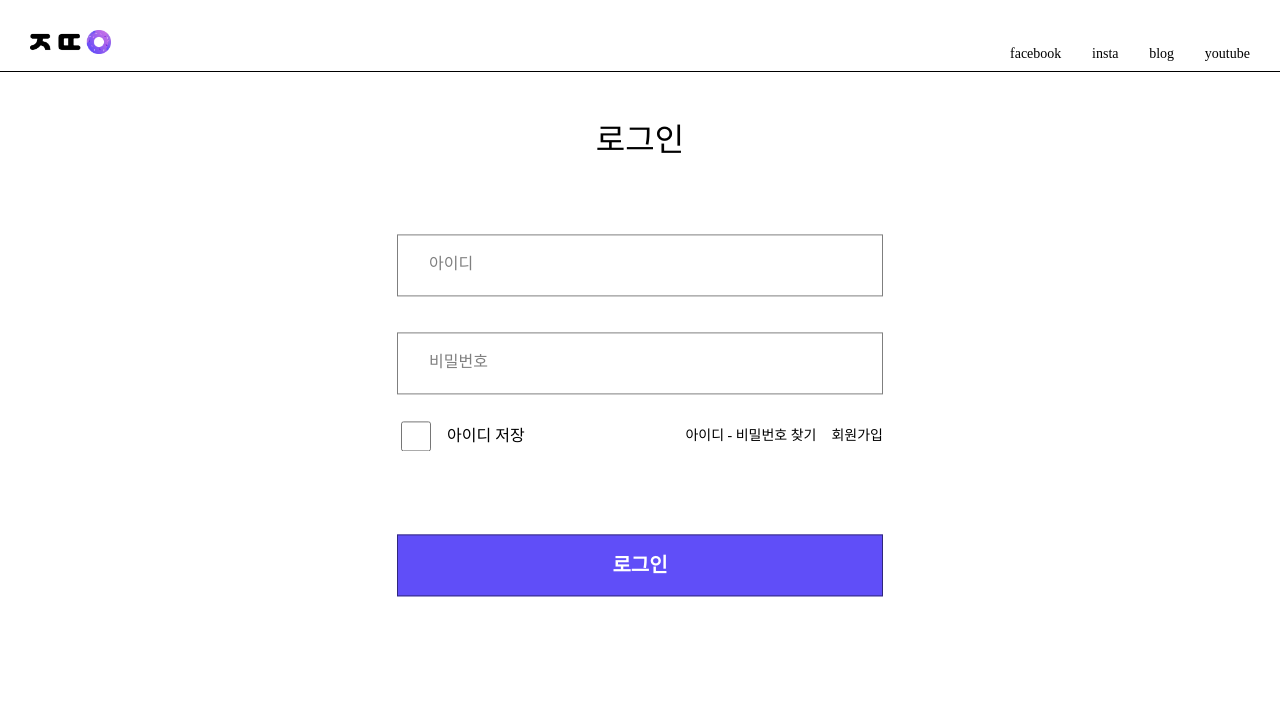
Repository: raoniee/Jaetteoli-React-Project
Page: /login
An editor plug-in stored every save of this project. The page is shown before and after the next save, followed by the edit.
The browser window is 1280 px wide. The pictures show the whole page.
Some web fonts or font styles are not loaded; a fallback is used. The project was rebuilt for these pictures with package versions that can differ from the ones it lists, and the page was loaded fresh each time. Also part of the build but not shown: src/component/main/ManageReview.module.css, src/component/main/ReviewContainer.module.css, src/component/main/ReviewItem.module.css, src/component/main/ReviewItem.js, src/component/main/ReviewContainer.js, src/component/sidebar/SideBar.module.css, src/component/sidebar/SideBar.js, src/component/main/ManageReview.js and 53 more.

Above is the page before, as saved 2023-07-06 21:53:08.

After the next save:
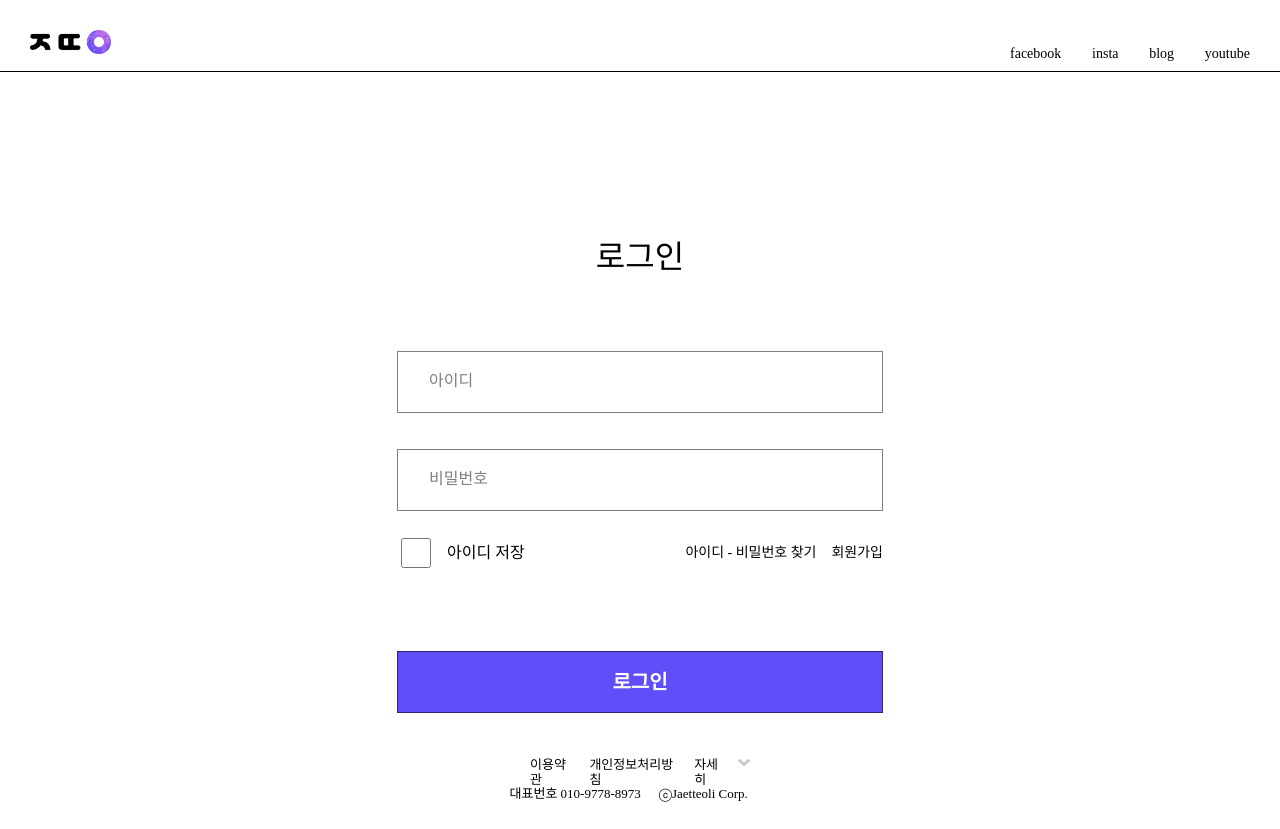
Saved 28 s later.
--- a/src/component/login/LoginStart.module.css
+++ b/src/component/login/LoginStart.module.css
@@ -1,9 +1,13 @@
+.container {
+  display: flex;
+  flex-direction: column;
+}
+
 .LoginStart {
-  position: absolute;
-  top: 50%;
-  left: 50%;
-  transform: translate(-50%, -50%);
-  width: 486px;
+  display: block;
+  margin: 0 auto;
+  margin-top: 240px;
+  margin-bottom: 45px;
 }
 
 .title {
